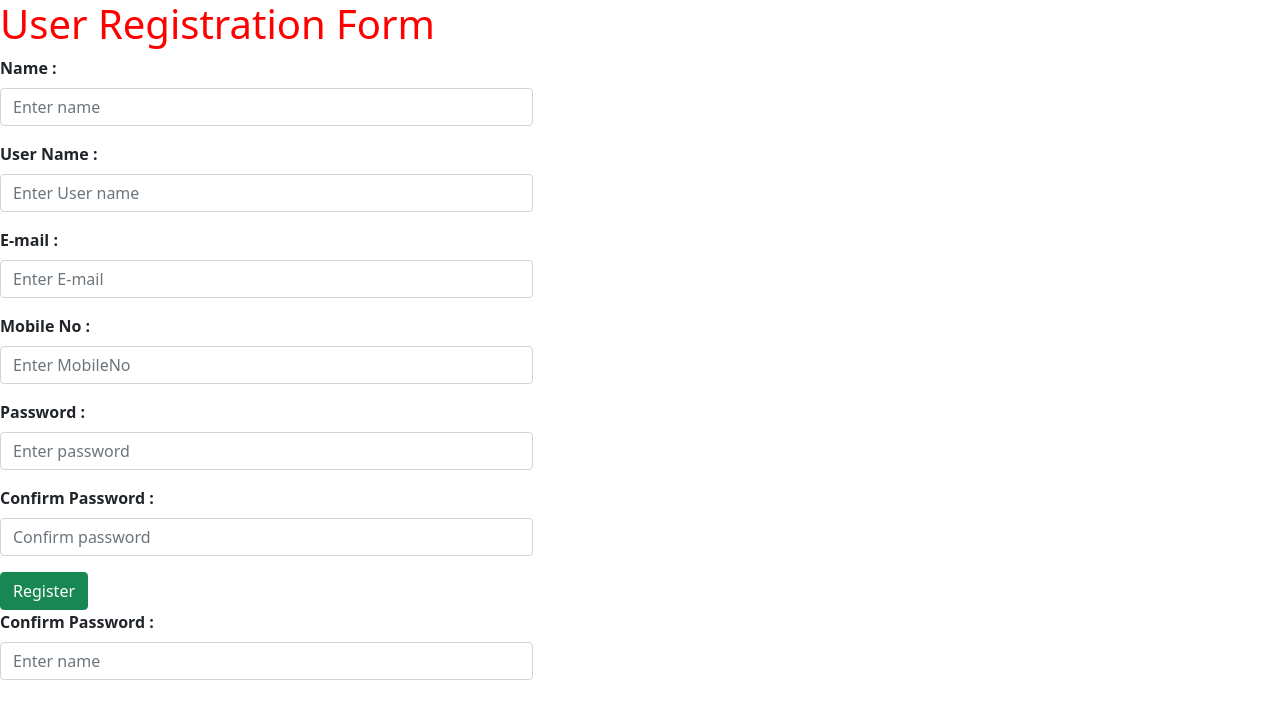
Repository: sntv1005/RegistrationForm
Page: http://localhost/register
These files come from the project's save history. The page is drawn as it stood at one moment and after the next save; the edit follows.
The browser window is 1280 px wide. The pictures show the whole page.
The page is this project's Thymeleaf template; nobody is signed in. The template is opened directly, without the code that normally fills it, so the values that code supplies are empty.

Above is the page before, as saved 2023-12-01 06:07:58.

### RegistrationForm/src/main/resources/templates/register.html
<!doctype html>
<html lang="en">
  <head>
    <meta charset="utf-8">
    <meta name="viewport" content="width=device-width, initial-scale=1">

    <link href="https://cdn.jsdelivr.net/npm/bootstrap@5.0.2/dist/css/bootstrap.min.css" rel="stylesheet" integrity="sha384-EVSTQN3/azprG1Anm3QDgpJLIm9Nao0Yz1ztcQTwFspd3yD65VohhpuuCOmLASjC" crossorigin="anonymous">

	 <script src="https://cdn.jsdelivr.net/npm/bootstrap@5.0.2/dist/js/bootstrap.bundle.min.js" integrity="sha384-MrcW6ZMFYlzcLA8Nl+NtUVF0sA7MsXsP1UyJoMp4YLEuNSfAP+JcXn/tWtIaxVXM" crossorigin="anonymous"></script>


    <title>Register Form </title>
  </head>
  <body>
	  <div class=""container>
		  <h1 style=" color: red"> User Registration Form </h1>

		  <form class="col-5">
			   <div class="mb-3" >
			       <label for="exampleFormControlInput1" class="form-label"><b>Name : </b></label>
			       <input type="name" class="form-control" id="exampleFormControlInput1" placeholder="Enter name">
		       </div>

		        <div class="mb-3" >
			       <label for="exampleFormControlInput1" class="form-label"><b>User Name : </b></label>
			       <input type="name" class="form-control" id="exampleFormControlInput1" placeholder="Enter User name">
		       </div>

		        <div class="mb-3" >
			       <label for="exampleFormControlInput1" class="form-label"><b>E-mail : </b></label>
			       <input type="email" class="form-control" id="exampleFormControlInput1" placeholder="Enter E-mail">
		       </div>

		        <div class="mb-3" >
			       <label for="exampleFormControlInput1" class="form-label"><b>Mobile No  : </b></label>
			       <input type="name" class="form-control" id="exampleFormControlInput1" placeholder="Enter MobileNo">
		       </div>

		        <div class="mb-3" >
			       <label for="exampleFormControlInput1" class="form-label"><b>Password : </b></label>
			       <input type="password" class="form-control" id="exampleFormControlInput1" placeholder="Enter password">
		       </div>

		        <div class="mb-3" >
			       <label for="exampleFormControlInput1" class="form-label"><b>Confirm Password : </b></label>
			       <input type="password" class="form-control" id="exampleFormControlInput1" placeholder="Confirm password">
		       </div>

		       <button type="submit " class="btn btn-success"> Register </button>
		        <div class="mb-3" >
			       <label for="exampleFormControlInput1" class="form-label"><b>Confirm Password : </b></label>
			       <input type="" class="form-control" id="exampleFormControlInput1" placeholder="Enter name">
		       </div>
		  </form>


	  </div>

  </body>
</html>

After the next save:
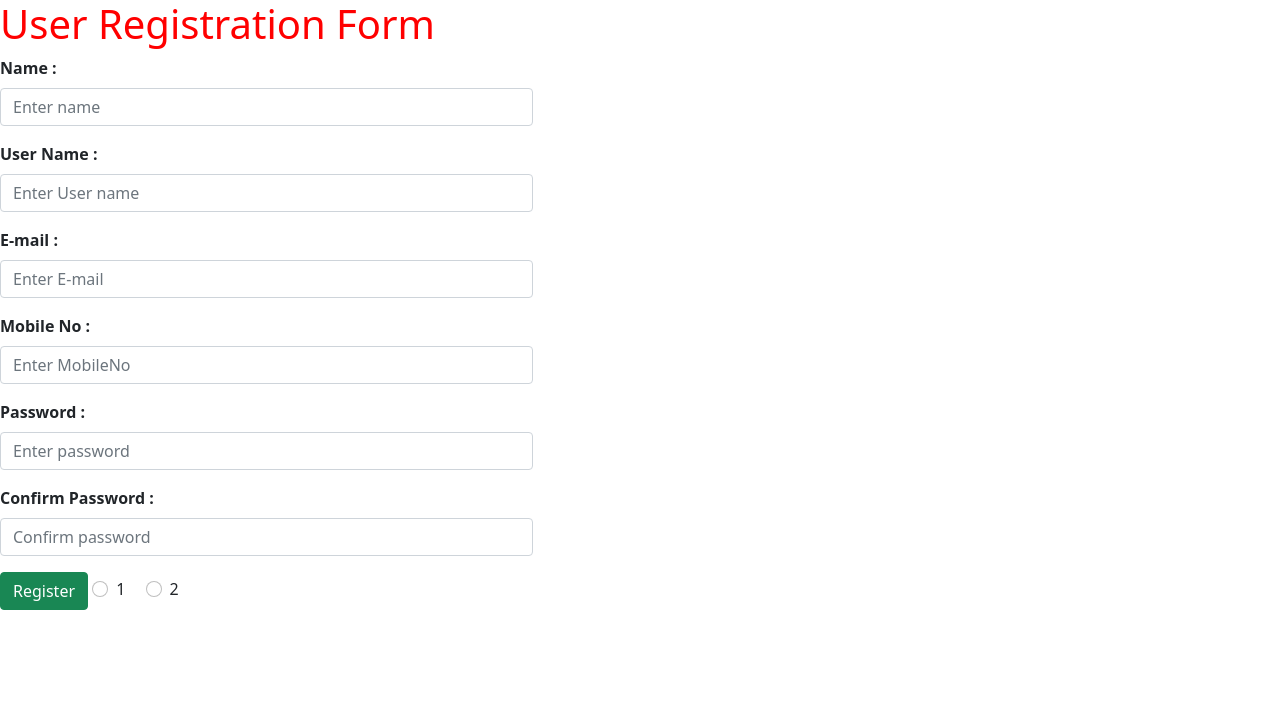
Saved 66 s later.
--- a/RegistrationForm/src/main/resources/templates/register.html
+++ b/RegistrationForm/src/main/resources/templates/register.html
@@ -47,10 +47,15 @@
 		       </div>
 
 		       <button type="submit " class="btn btn-success"> Register </button>
-		        <div class="mb-3" >
-			       <label for="exampleFormControlInput1" class="form-label"><b>Confirm Password : </b></label>
-			       <input type="" class="form-control" id="exampleFormControlInput1" placeholder="Enter name">
-		       </div>
+
+		        <div class="form-check form-check-inline">
+					  <input class="form-check-input" type="radio" name="inlineRadioOptions" id="inlineRadio1" value="option1">
+					  <label class="form-check-label" for="inlineRadio1">1</label>
+				</div>
+				<div class="form-check form-check-inline">
+				  <input class="form-check-input" type="radio" name="inlineRadioOptions" id="inlineRadio2" value="option2">
+				  <label class="form-check-label" for="inlineRadio2">2</label>
+				</div>
 		  </form>
 
 
